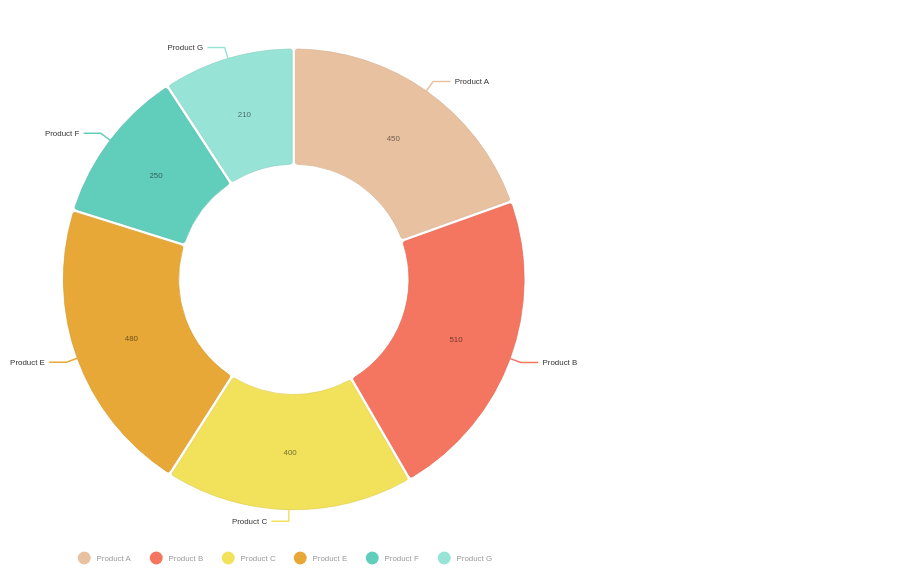
Repository: sagarjain738/test
Page: /
The author's editor kept a copy of each file at every save. The page is drawn from the files as they stood at one save, then again after the next save.
The browser window is 1280 px wide. The pictures show the whole page, at 72% of full size.
The project was rebuilt for these pictures with package versions that can differ from the ones it lists, and the page was loaded fresh each time. Also part of the build but not shown: vite.config.js, src/App.css, src/index.css.

Above is the page before, as saved 2024-01-20 21:47:31.

### src/App.jsx
import "./App.css";
import FirstChart from "./components/FirstChart";
import totalData, { getTotalData, getTotal } from "../Data";
import SecondChart from "./components/SecondData";
import TotalPieChart from "./components/PieChart";

function App() {
  const firstRecord = getTotalData(totalData);
  const total = getTotal(totalData);

  return (
    <>
      {/* <FirstChart records={firstRecord} /> */}
      {/* <SecondChart records={firstRecord} /> */}
      <TotalPieChart records={total} />
    </>
  );
}

export default App;

### Data.js
let data = {
  salesData: [
    {
      product: "Product A",
      sales: [
        { month: "January", amount: 100 },
        { month: "February", amount: 150 },
        { month: "March", amount: 200 },
      ],
    },
    {
      product: "Product B",
      sales: [
        { month: "January", amount: 120 },
        { month: "February", amount: 170 },
        { month: "March", amount: 220 },
      ],
    },
    {
      product: "Product C",
      sales: [
        { month: "January", amount: 90 },
        { month: "February", amount: 130 },
        { month: "March", amount: 180 },
      ],
    },
    {
      product: "Product E",
      sales: [
        { month: "January", amount: 130 },
        { month: "February", amount: 250 },
        { month: "March", amount: 100 },
      ],
    },
    {
      product: "Product F",
      sales: [
        { month: "January", amount: 60 },
        { month: "February", amount: 70 },
        { month: "March", amount: 120 },
      ],
    },
    {
      product: "Product G",
      sales: [
        { month: "January", amount: 40 },
        { month: "February", amount: 110 },
        { month: "March", amount: 60 },
      ],
    },
  ],
};

export function getTotalData(records) {
  const result = records.salesData.map((item) => {
    return {
      name: item.product,
      data: item.sales.reduce(
        (acc, itm) => ({ ...acc, [`${itm.month}`]: itm.amount }),
        {}
      ),
    };
  });

  const finalData = result.map((item) => {
    return { name: item.name, ...item.data };
  });

  return finalData;
}

export function getTotal(records) {
  const result = records.salesData.map((item) => {
    return {
      id: item.product,
      label: item.product,
      value: item.sales.reduce((acc, itm) => acc + itm.amount, 0),
      color: "hsl(271, 70%, 50%)",
    };
  });
  // console.log(result);
  return result;
}

export default data;

### src/components/PieChart.jsx
import totalData, { getTotal } from "../../Data";

import { ResponsivePie } from "@nivo/pie";

const TotalPieChart = ({ records }) => (
  <div
    style={{
      height: "50rem",
      width: "50rem",
    }}
  >
    <ResponsivePie
      data={records}
      margin={{ top: 40, right: 80, bottom: 80, left: 80 }}
      innerRadius={0.5}
      padAngle={0.7}
      cornerRadius={3}
      activeOuterRadiusOffset={8}
      borderWidth={1}
      borderColor={{
        from: "color",
        modifiers: [["darker", 0.2]],
      }}
      arcLinkLabelsSkipAngle={10}
      arcLinkLabelsTextColor="#333333"
      arcLinkLabelsThickness={2}
      arcLinkLabelsColor={{ from: "color" }}
      arcLabelsSkipAngle={10}
      arcLabelsTextColor={{
        from: "color",
        modifiers: [["darker", 2]],
      }}
      defs={[
        {
          id: "dots",
          type: "patternDots",
          background: "inherit",
          color: "rgba(255, 255, 255, 0.3)",
          size: 4,
          padding: 1,
          stagger: true,
        },
        {
          id: "lines",
          type: "patternLines",
          background: "inherit",
          color: "rgba(255, 255, 255, 0.3)",
          rotation: -45,
          lineWidth: 6,
          spacing: 10,
        },
      ]}
      legends={[
        {
          anchor: "bottom",
          direction: "row",
          justify: false,
          translateX: 0,
          translateY: 56,
          itemsSpacing: 0,
          itemWidth: 100,
          itemHeight: 18,
          itemTextColor: "#999",
          itemDirection: "left-to-right",
          itemOpacity: 1,
          symbolSize: 18,
          symbolShape: "circle",
          effects: [
            {
              on: "hover",
              style: {
                itemTextColor: "#000",
              },
            },
          ],
        },
      ]}
    />
  </div>
);

export default TotalPieChart;

### src/components/FirstChart.jsx
import {
  Bar,
  BarChart,
  CartesianGrid,
  Legend,
  Rectangle,
  Tooltip,
  XAxis,
  YAxis,
} from "recharts";

const FirstChart = ({ records }) => {
  return (
    <BarChart
      width={700}
      height={300}
      data={records}
      margin={{
        top: 5,
        right: 30,
        left: 20,
        bottom: 5,
      }}
    >
      <CartesianGrid strokeDasharray="3 3" />
      <XAxis dataKey="name" />
      <YAxis />
      <Tooltip />
      <Legend />
      <Bar
        dataKey="January"
        fill="#8884d8"
        activeBar={<Rectangle fill="pink" stroke="blue" />}
      />
      <Bar
        dataKey="February"
        fill="#82ca9d"
        activeBar={<Rectangle fill="gold" stroke="purple" />}
      />
      <Bar
        dataKey="March"
        fill="red"
        activeBar={<Rectangle fill="gold" stroke="purple" />}
      />
    </BarChart>
  );
};

export default FirstChart;

### src/components/SecondData.jsx
import {
  BarChart,
  Bar,
  Cell,
  XAxis,
  YAxis,
  CartesianGrid,
  Tooltip,
  Legend,
  ResponsiveContainer,
} from "recharts";

const SecondChart = ({ records }) => {
  return (
    <BarChart
      width={800}
      height={700}
      data={records}
      margin={{
        top: 20,
        right: 30,
        left: 20,
        bottom: 5,
      }}
    >
      <CartesianGrid strokeDasharray="3 3" />
      <XAxis dataKey="name" />
      <YAxis />
      <Tooltip />
      <Legend />
      <Bar dataKey="January" stackId="a" fill="#8884d8" />
      <Bar dataKey="February" stackId="a" fill="#82ca9d" />
      <Bar dataKey="March" stackId="a" fill="red" />
    </BarChart>
  );
};

export default SecondChart;

Loaded but not shown: index.html (common file); src/main.jsx (common file)

After the next save:
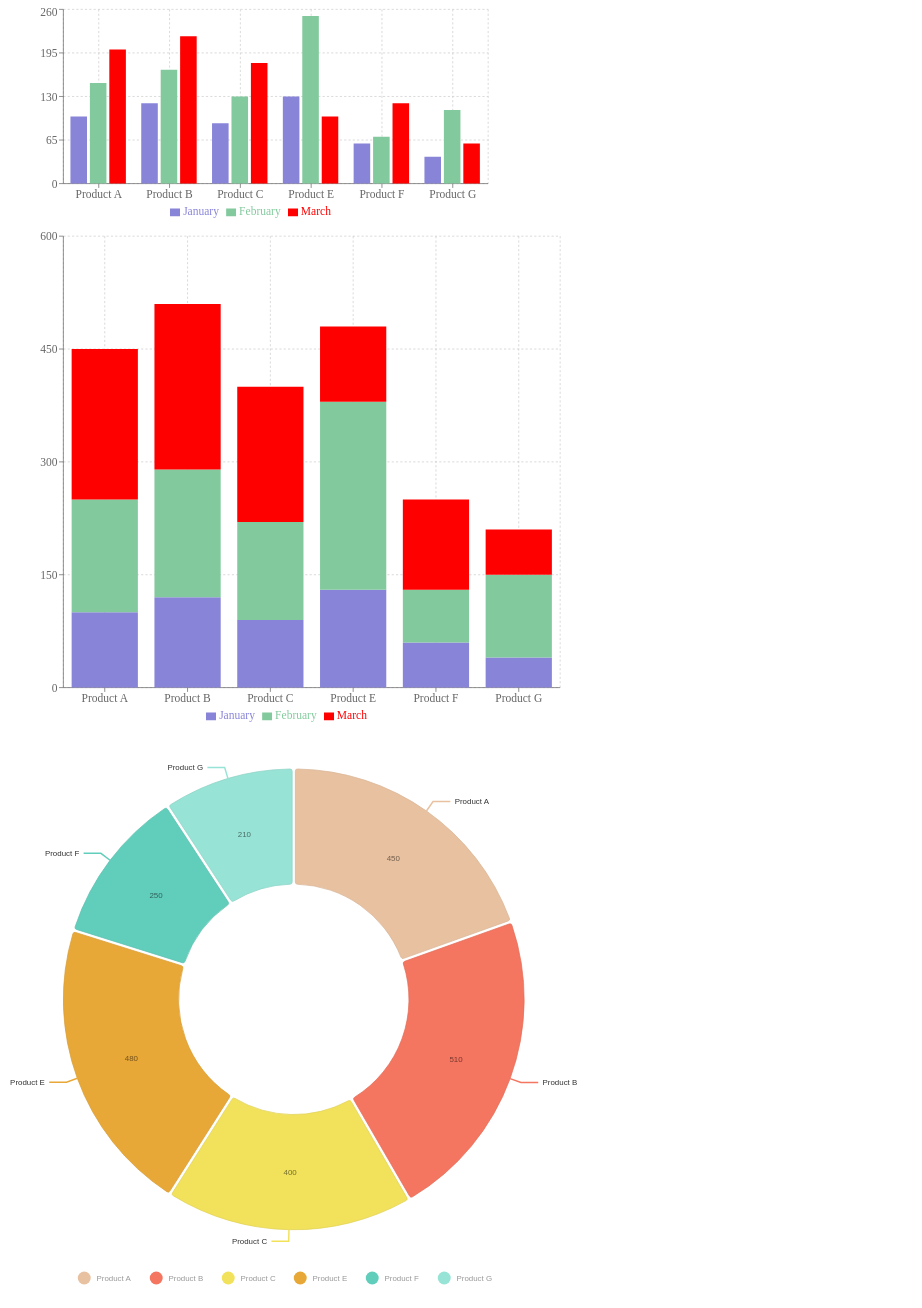
Saved 5 min 17 s later.
--- a/src/App.jsx
+++ b/src/App.jsx
@@ -10,8 +10,8 @@ function App() {
 
   return (
     <>
-      {/* <FirstChart records={firstRecord} /> */}
-      {/* <SecondChart records={firstRecord} /> */}
+      <FirstChart records={firstRecord} />
+      <SecondChart records={firstRecord} />
       <TotalPieChart records={total} />
     </>
   );
